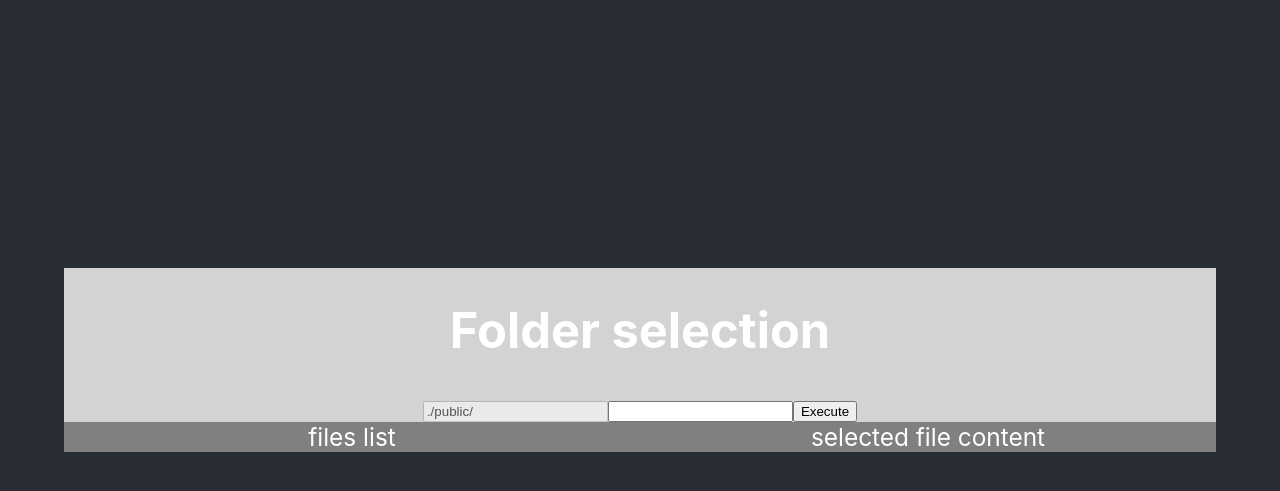
Repository: idubi/DevopsCourse
Page: / (app in lesson03/assignment/client/)
The author's editor kept a copy of each file at every save. The page is drawn from the files as they stood at one save, then again after the next save.
The browser window is 1280 px wide. The pictures show the whole page.
The project was rebuilt for these pictures with package versions that can differ from the ones it lists, and the page was loaded fresh each time.

Above is the page before, as saved 2023-06-15 03:00:21.

### lesson03/assignment/client/src/App.js
import "./App.css";
import "./components/FilesBrowser";
import FileBrowser from "./components/FilesBrowser";
import styled from "styled-components";

function App() {
  return (
    <Container className="App">
      <header className="App-header">
        <FileBrowser></FileBrowser>
      </header>
    </Container>
  );
}

const Container = styled.div`
  display: flex;
  flex-direction: column;
  height: 100%;
  width: 100%;
`;

export default App;

### lesson03/assignment/client/src/components/FilesBrowser.js
import React, { useState } from "react";
import styled from "styled-components";
function FileBrowser() {
  const [path, setPath] = useState("");
  // const [response, setResponse] = useState("");

  const handlePathChange = (event) => {
    setPath(event.target.value);
  };

  const handleExecute = () => {
    //   fetch(path)
    //     .then((response) => response.json())
    //     .then((data) => setResponse(JSON.stringify(data)))
    //     .catch((error) => console.error("Error:", error));
  };

  return (
    <Container>
      <Upper>
        <h1>Folder selection</h1>
        <input type="text" value="./public/" disabled />
        <input type="text" value={path} onChange={handlePathChange} />
        <button onClick={handleExecute}>Execute</button>
      </Upper>
      <Lower>
        <LowerDiv>files list</LowerDiv>
        <LowerDiv>selected file content</LowerDiv>
      </Lower>
    </Container>
  );
}

const Container = styled.div`
  display: flex;
  flex-direction: column;
  height: 90%;
  width: 90%;
`;

const Upper = styled.div`
  height: 30%;
  background-color: lightgrey;
`;

const Lower = styled.div`
  display: flex;
  align-items: strech;
`;

const LowerDiv = styled.div`
  width: 50%;
  height: 100%;
  background-color: gray;
`;

export default FileBrowser;

Loaded but not shown: lesson03/assignment/client/public/index.html (common file); lesson03/assignment/client/src/index.js (common file); lesson03/assignment/client/src/index.css (common file); lesson03/assignment/client/src/reportWebVitals.js (common file); lesson03/assignment/client/src/App.css (common file)

After the next save:
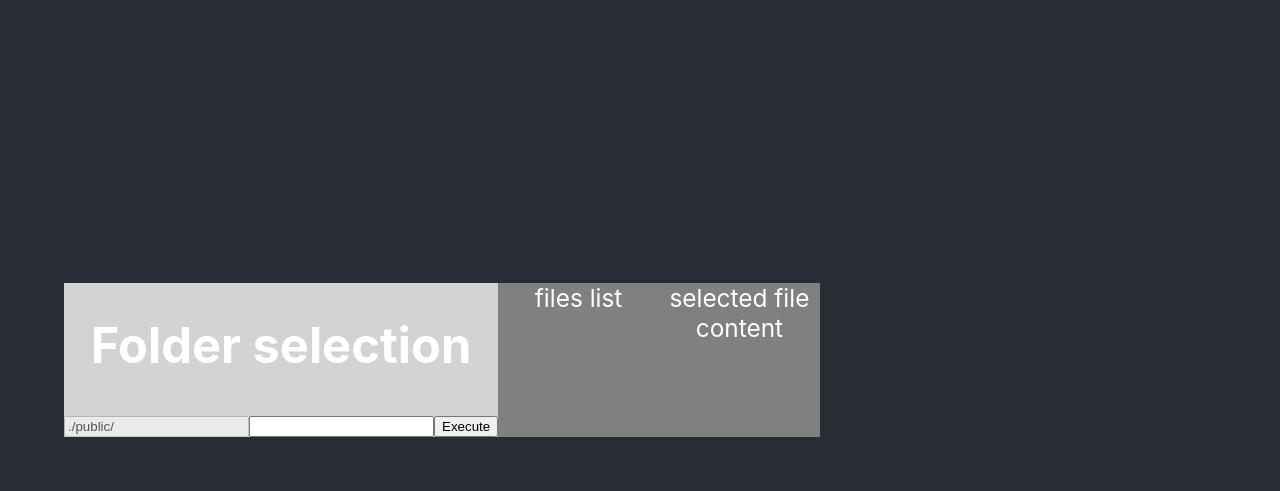
Saved 50 s later.
--- a/lesson03/assignment/client/src/components/FilesBrowser.js
+++ b/lesson03/assignment/client/src/components/FilesBrowser.js
@@ -33,7 +33,7 @@
 
 const Container = styled.div`
   display: flex;
-  flex-direction: column;
+  /* flex-direction: column; */
   height: 90%;
   width: 90%;
 `;

After the save that followed:
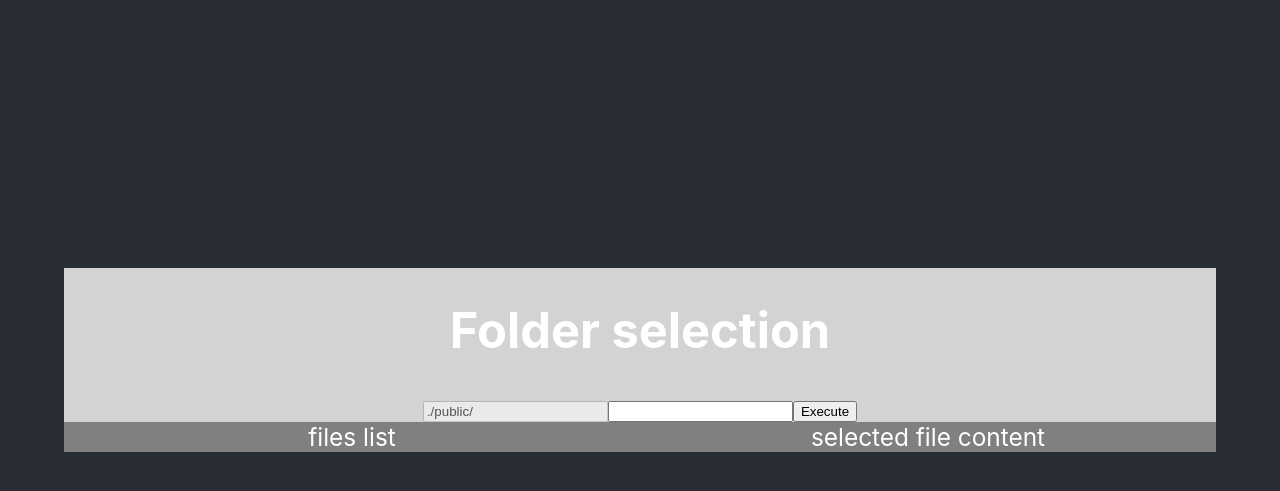
Saved 4 s later.
--- a/lesson03/assignment/client/src/components/FilesBrowser.js
+++ b/lesson03/assignment/client/src/components/FilesBrowser.js
@@ -33,7 +33,7 @@
 
 const Container = styled.div`
   display: flex;
-  /* flex-direction: column; */
+  flex-direction: column;
   height: 90%;
   width: 90%;
 `;
